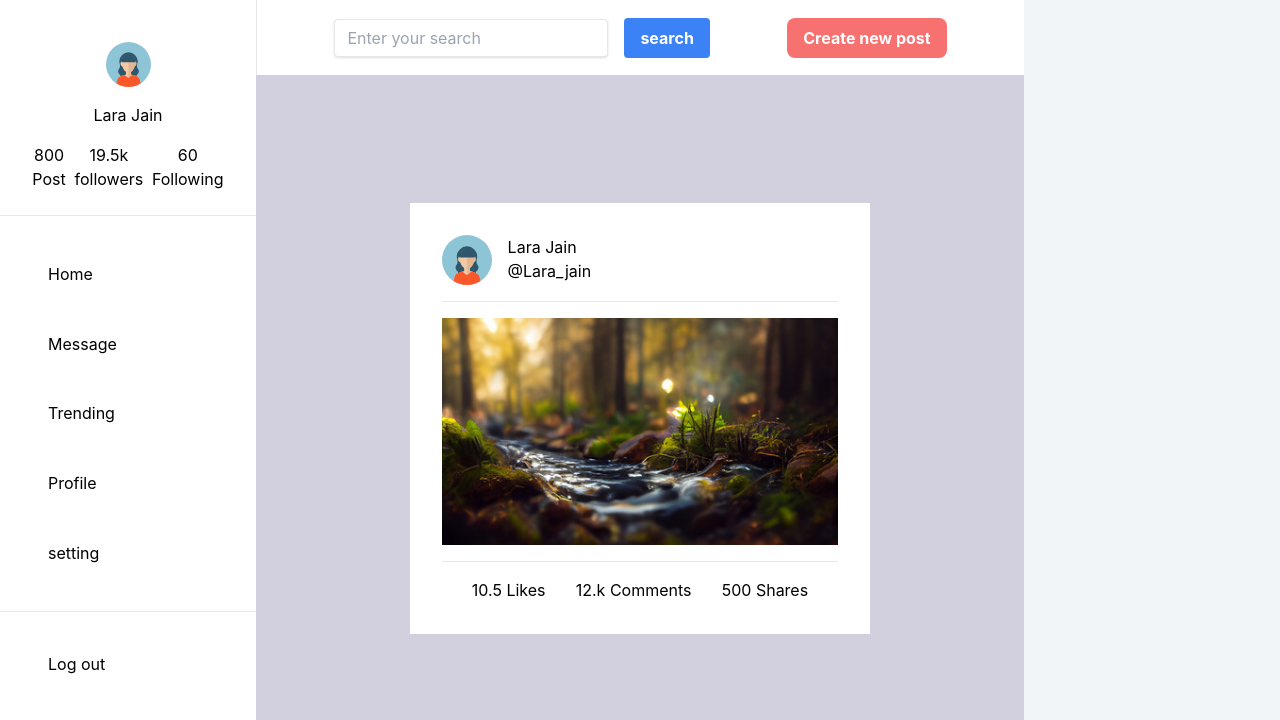
Repository: cosmicswati/upgrad-captions-project
Page: /
An editor plug-in stored every save of this project. The page is shown before and after the next save, followed by the edit.
The browser window is 1280 px wide. The pictures show the whole page.
The project was rebuilt for these pictures with package versions that can differ from the ones it lists, and the page was loaded fresh each time. Also part of the build but not shown: src/modules/Authorization/Form.jsx, src/modules/Authorization/index.js.

Above is the page before, as saved 2024-04-09 16:16:13.

### src/index.css
@tailwind base;
@tailwind components;
@tailwind utilities;

body {
  margin: 0;
  font-family: -apple-system, BlinkMacSystemFont, 'Segoe UI', 'Roboto', 'Oxygen',
    'Ubuntu', 'Cantarell', 'Fira Sans', 'Droid Sans', 'Helvetica Neue',
    sans-serif;
  -webkit-font-smoothing: antialiased;
  -moz-osx-font-smoothing: grayscale;
}

code {
  font-family: source-code-pro, Menlo, Monaco, Consolas, 'Courier New',
    monospace;
}

.scrollbar-hide::-webkit-scrollbar{
  display: none;
}

### src/App.js
import Auth from "./modules/Authorization";
import Home from "./modules/Home";


function App() {
  return (
    <div>
      {/* <Auth />  */}
      <Home />
    </div>
  );
}

export default App;

### src/modules/Home/index.js
import React from 'react'
import { ReactComponent as Avatar} from '../../assets/Avatar.svg'
import Input from '../../components/Input';
import Button from '../../components/Button';
import postImg from '../../assets/postImg.jpg'

const Home = () => {
  return (
    <div className='h-screen bg-[#d2cfdf]  flex overflow-hidden'>
        <div className='w-[20%] bg-white flex flex-col'>
            <div className='h-[30%] flex justify-center items-center border-b'>
                <div className='flex flex-col justify-center items-center'>
                    <Avatar width={'45px'} height={'45px'}/>
                    <p className='my-4'>Lara Jain</p>
                    <div className='h-[30px] flex justify-around w-[200px] text-center'>
                        <div className='flex flex-col justify-around items-center'>
                            <h4>800</h4>
                            <p>Post</p>
                        </div>
                        <div>
                            <h4>19.5k</h4>
                            <p>followers</p>
                        </div>
                        <div>
                            <h4>60</h4>
                            <p>Following</p>
                        </div>
                    </div>
                </div>
            </div>
            <div className='h-[55%] flex flex-col justify-evenly pl-12 border-b'>
                    <div>Home</div>
                    <div>Message</div>
                    <div>Trending</div>
                    <div>Profile</div>
                    <div>setting</div>
            </div>
            <div className='h-[15%] pt-10'>
                <div className='ml-12 cursor-pointer'>Log out</div>
            </div>
        </div>
        <div className='w-[60%] overflow-scroll h-full scrollbar-hide'>
            <div className='bg-white h-[75px] border-l flex justify-evenly items-center pt-4'>
                 <div className='flex justify-center items-center'>
                    <Input placeholder='Enter your search '/>
                    <Button label='search'  className='mb-4 ml-4'/>
                 </div>
                 <Button label='Create new post'  className='rounded-lg bg-red-400 hover:bg-red-500 mb-4'/>
            </div>
            <div className='bg-white w-[60%]  mx-auto mt-32 p-8'>
                <div className='border-b flex item-center pb-4 mb-4'>
                    <Avatar width={'50px'} height={'50px'} />
                   <div className='ml-4'>
                   <h3>Lara Jain</h3>
                    <p>@Lara_jain</p>
                   </div>
                </div>
                <div className='border-b pb-4 mb-4'>
                    <img src={postImg} width={'500px'}/>
                </div>
                <div className='flex justify-evenly mt-4'>
                    <div>10.5 Likes</div>
                    <div>12.k Comments</div>
                    <div>500 Shares</div>
                </div>
            </div>
        </div>
        <div className='w-[20%] bg-[#F2F5F8]'></div>
    </div>
  )
}

export default Home

### src/components/Input/index.js
import React from 'react'

const Input = ({
    name = '',
    label ='',
    type ='',
    placeholder =''
}) => {
  return (
    <div class="mb-4">
        {
          label &&
          <label class="block text-gray-700 text-sm font-bold mb-2" for={name}>
             {label}
          </label>
        }

        <input class="shadow apperance-none border rounded w-full py-2 px-3
         text-gray-700 leading-tight focus:outline-none focus:shadow-outline"
         id={name} type={type} placeholder={placeholder} />

    </div>
  )

}

export default Input

### src/components/Button/index.js
import React from 'react'

const Button = ({
    label ='',
    className =''
}) => {
  return (
    <button className={`bg-blue-500 hover:bg-blue-700 text-white font-bold py-2 px-4 rounded ${className}`}>
      {label}
  </button>
  )
}

export default Button

### tailwind.config.js
/** @type {import('tailwindcss').Config} */
module.exports = {
 mode:'jit',
 purge: [
  './public/**/*.html',
  './src/**/*.{js,jsx,ts,tsx,vue}',
 ],
  content: [
    "./src/**/*.{js,jsx,ts,tsx}",
  ],
  theme: {
    extend: {},
  },
  plugins: [],
}

Loaded but not shown: public/index.html (common file); src/index.js (common file); src/reportWebVitals.js (common file)

After the next save:
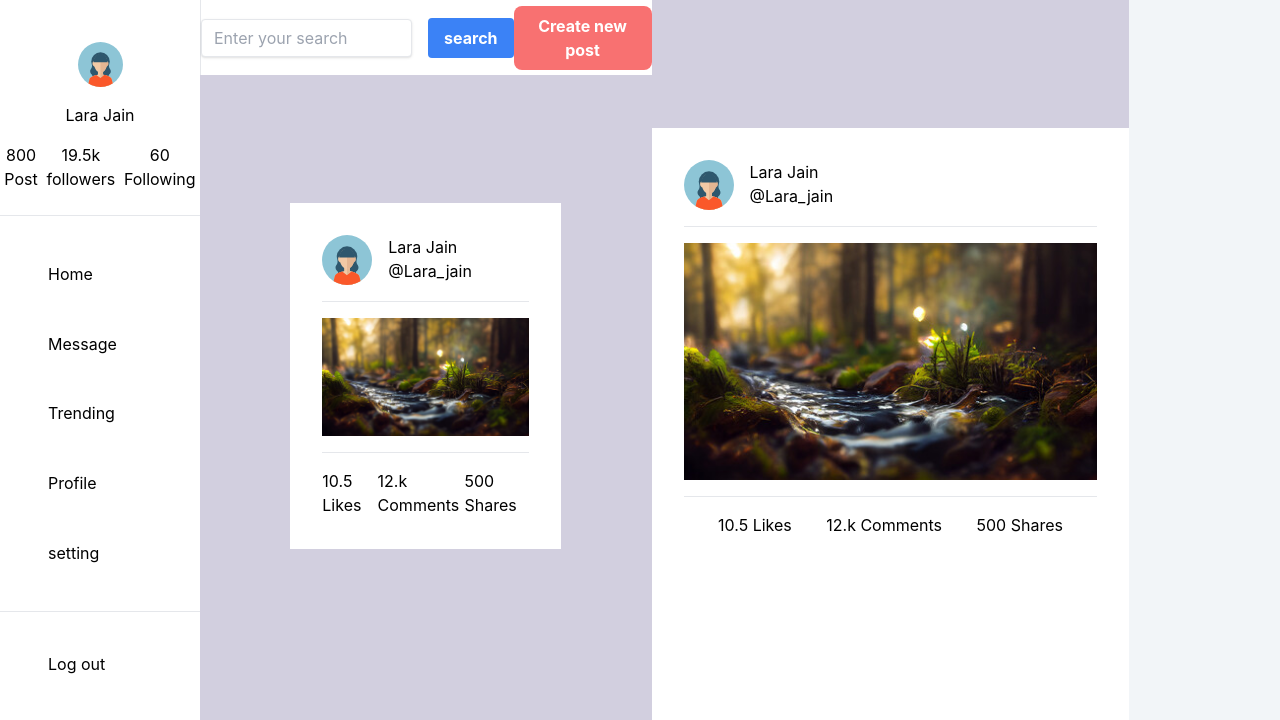
Saved 3 min 26 s later.
--- a/src/modules/Home/index.js
+++ b/src/modules/Home/index.js
@@ -65,6 +65,23 @@ const Home = () => {
                 </div>
             </div>
         </div>
+        <div className='bg-white w-[60%]  mx-auto mt-32 p-8'>
+                <div className='border-b flex item-center pb-4 mb-4'>
+                    <Avatar width={'50px'} height={'50px'} />
+                   <div className='ml-4'>
+                   <h3>Lara Jain</h3>
+                    <p>@Lara_jain</p>
+                   </div>
+                </div>
+                <div className='border-b pb-4 mb-4'>
+                    <img src={postImg} width={'500px'}/>
+                </div>
+                <div className='flex justify-evenly mt-4'>
+                    <div>10.5 Likes</div>
+                    <div>12.k Comments</div>
+                    <div>500 Shares</div>
+                </div>
+            </div>
         <div className='w-[20%] bg-[#F2F5F8]'></div>
     </div>
   )
